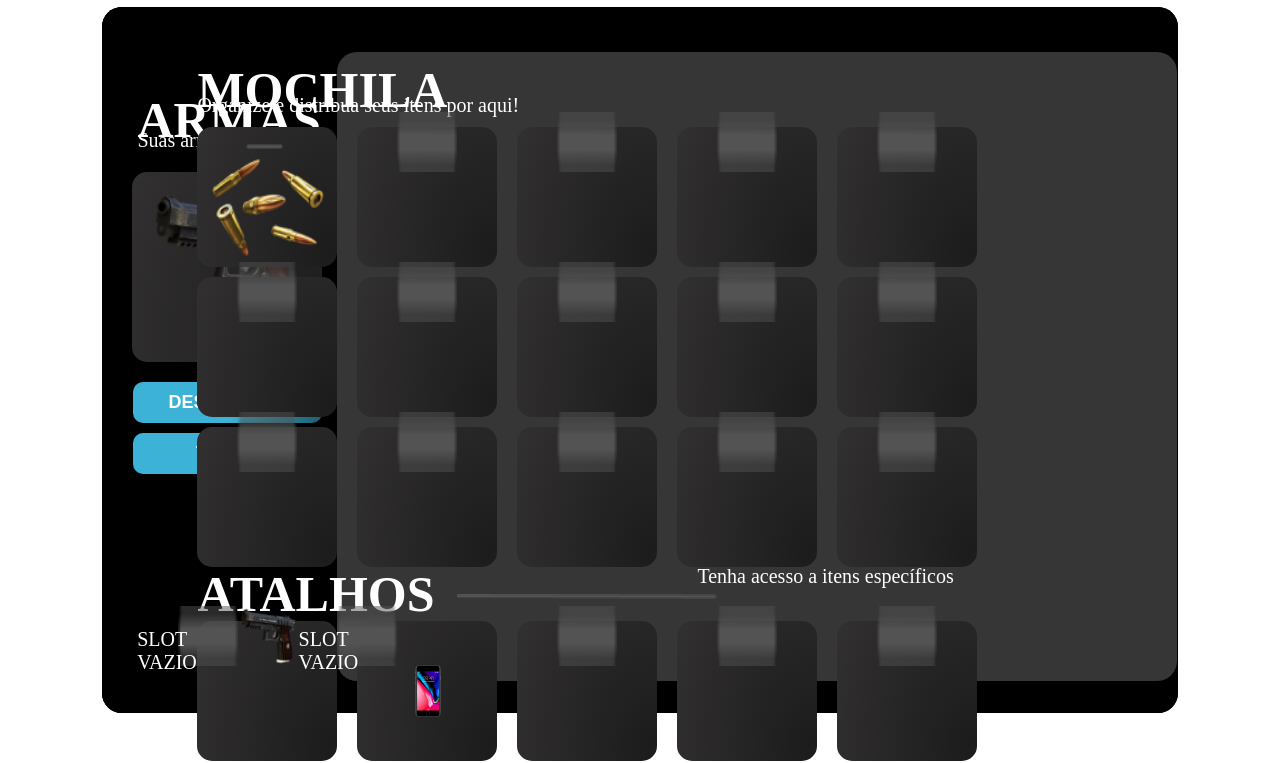
Repository: DuMCorrea/Mochila
Page: index.html
These files come from the project's save history. The page is drawn as it stood at one moment and after the next save; the edit follows.
The browser window is 1280 px wide. The pictures show the whole page.
Some web fonts or font styles are not loaded; a fallback is used.

Above is the page before, as saved 2024-09-03 10:01:53.

After the next save:
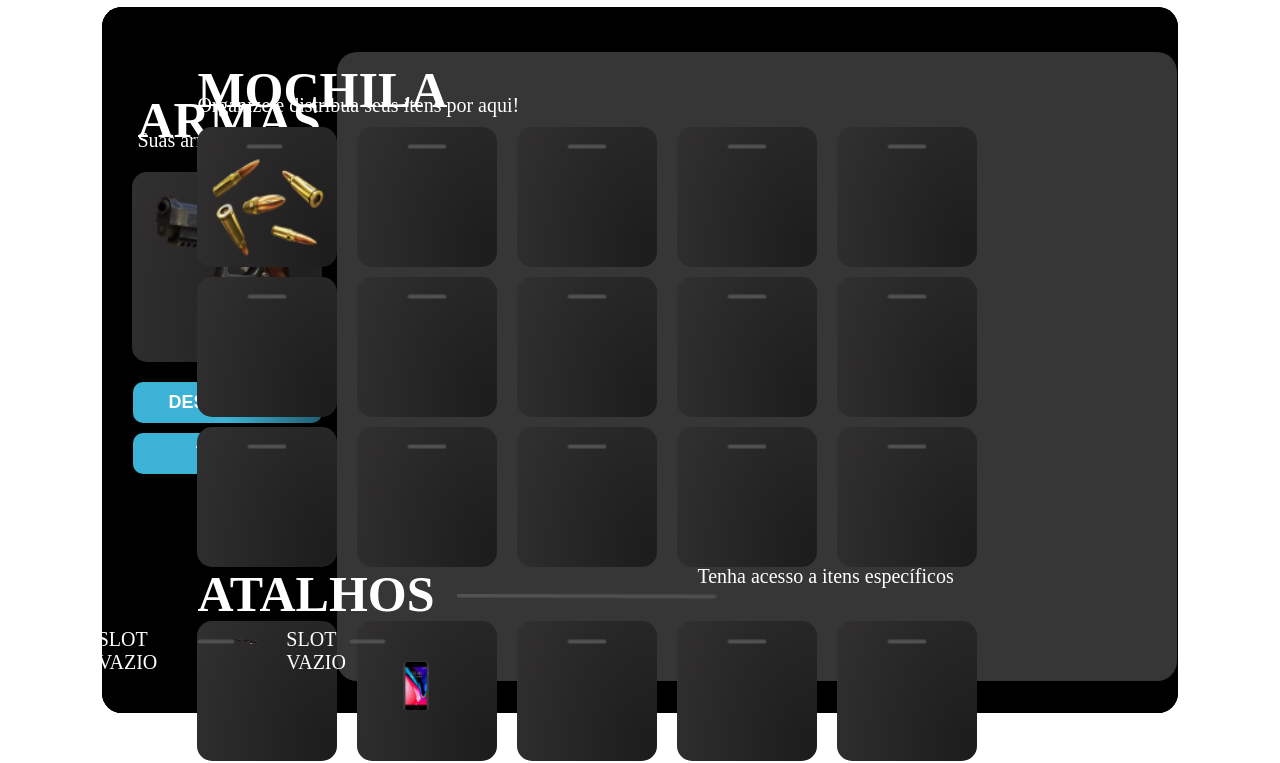
Saved 11 s later.
--- a/styles.css
+++ b/styles.css
@@ -278,7 +278,7 @@ body, html {
     left: 500px;
 }
 
-.square-image {
+.square-imagee {
     width: 60px; /* Ajuste o tamanho da imagem conforme necessário */
     height: 60px;
     margin-bottom: 10px; /* Espaçamento entre a imagem e o texto */
